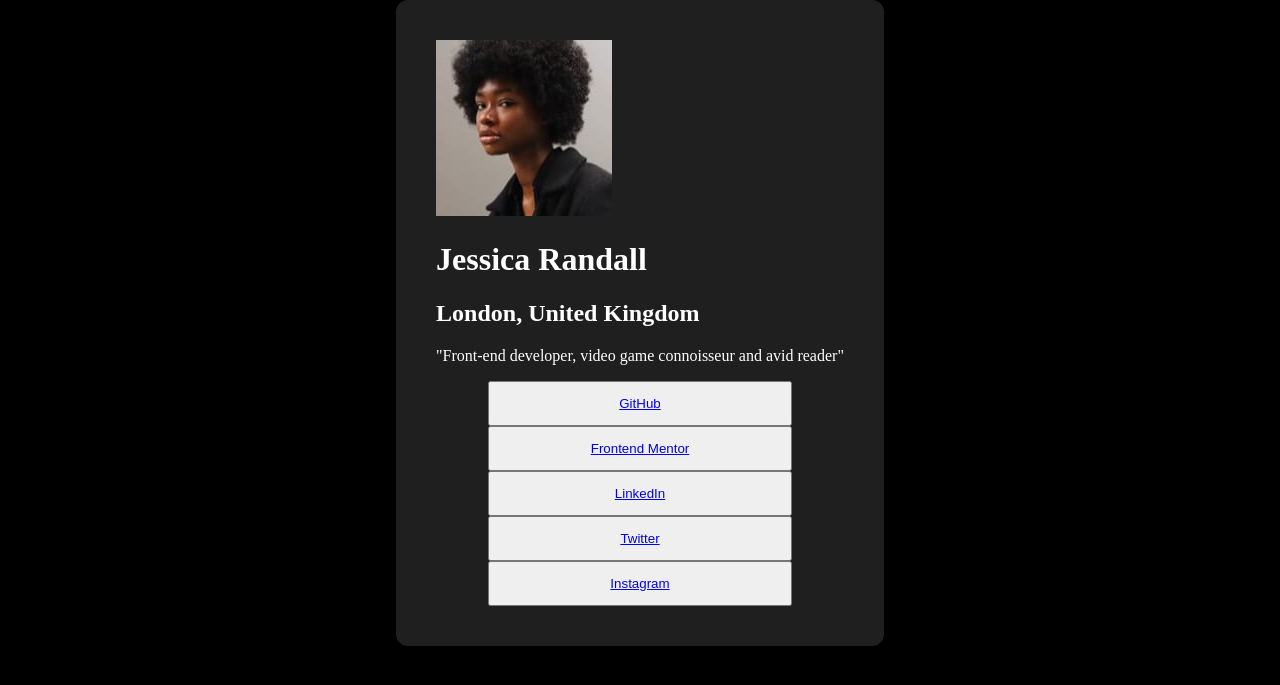
Repository: brandontaylor1/social-links-profile
Page: index.html
These files come from the project's save history. The page is drawn as it stood at one moment and after a run of saves; the edit follows.
The browser window is 1280 px wide. The pictures show the whole page.

Above is the page before, as saved 2024-12-25 17:07:26.

After the next 2 saves:
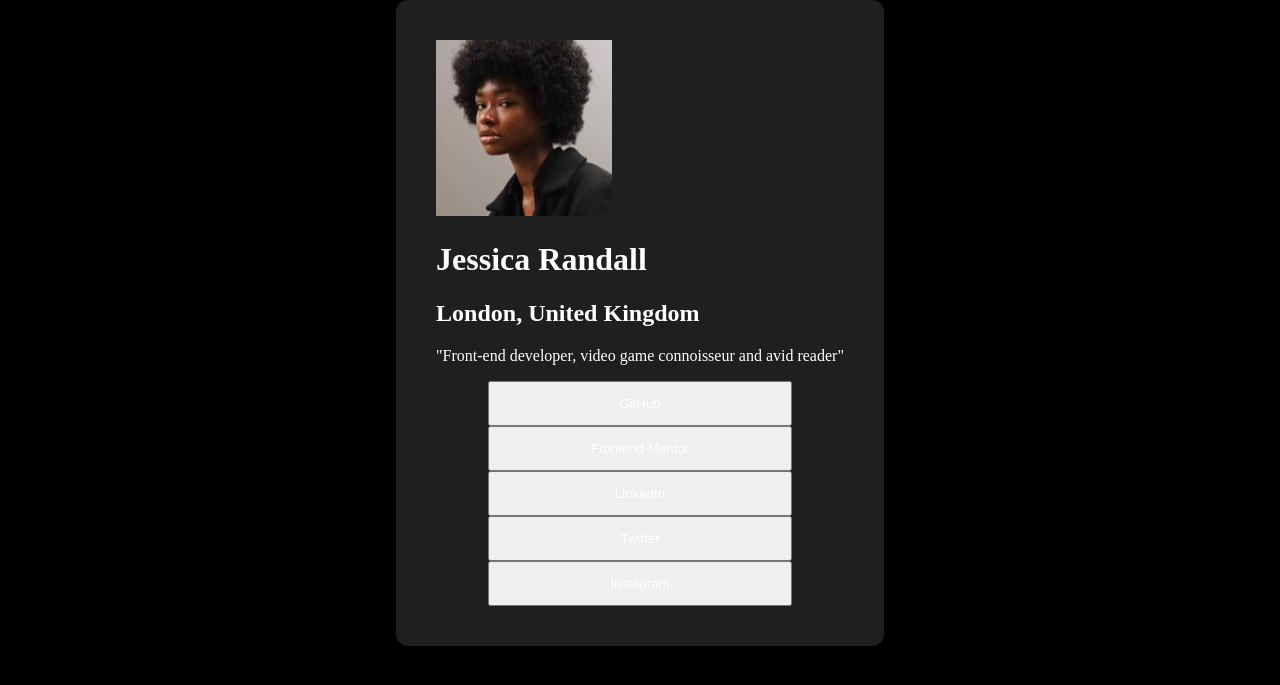
The 2 saves are shown as one change because they came seconds apart.
The last was saved 7 s later.
--- a/styles.css
+++ b/styles.css
@@ -45,3 +45,8 @@ body {
     width: 304px;
     height: 45px;
 }
+
+a {
+    text-decoration: none;
+    color: var(--color-white);
+}
